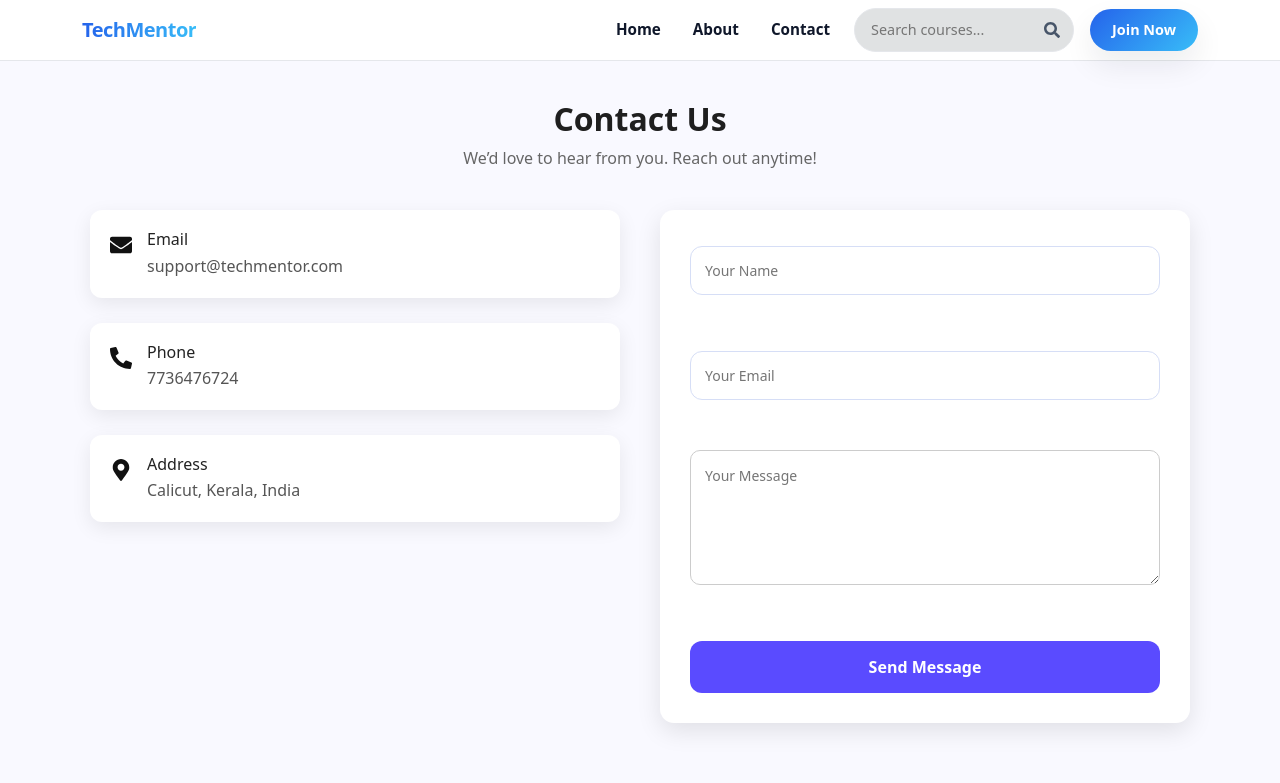
Repository: Aswin74k/project-2
Page: /#/contact
The author's editor kept a copy of each file at every save. The page is drawn from the files as they stood at one save, then again after the next save.
The browser window is 1280 px wide. The pictures show the whole page.
The project was rebuilt for these pictures with package versions that can differ from the ones it lists, and the page was loaded fresh each time. Also part of the build but not shown: vite.config.js, src/project/Home.jsx, src/project/Course.jsx, src/project/About.css, src/project/About.jsx, src/project/Enroll.jsx, src/project/ProtectedRoute.jsx, src/project/ProfileSidebar.css and 1 more.

Above is the page before, as saved 2026-01-07 00:02:04.

After the next save:
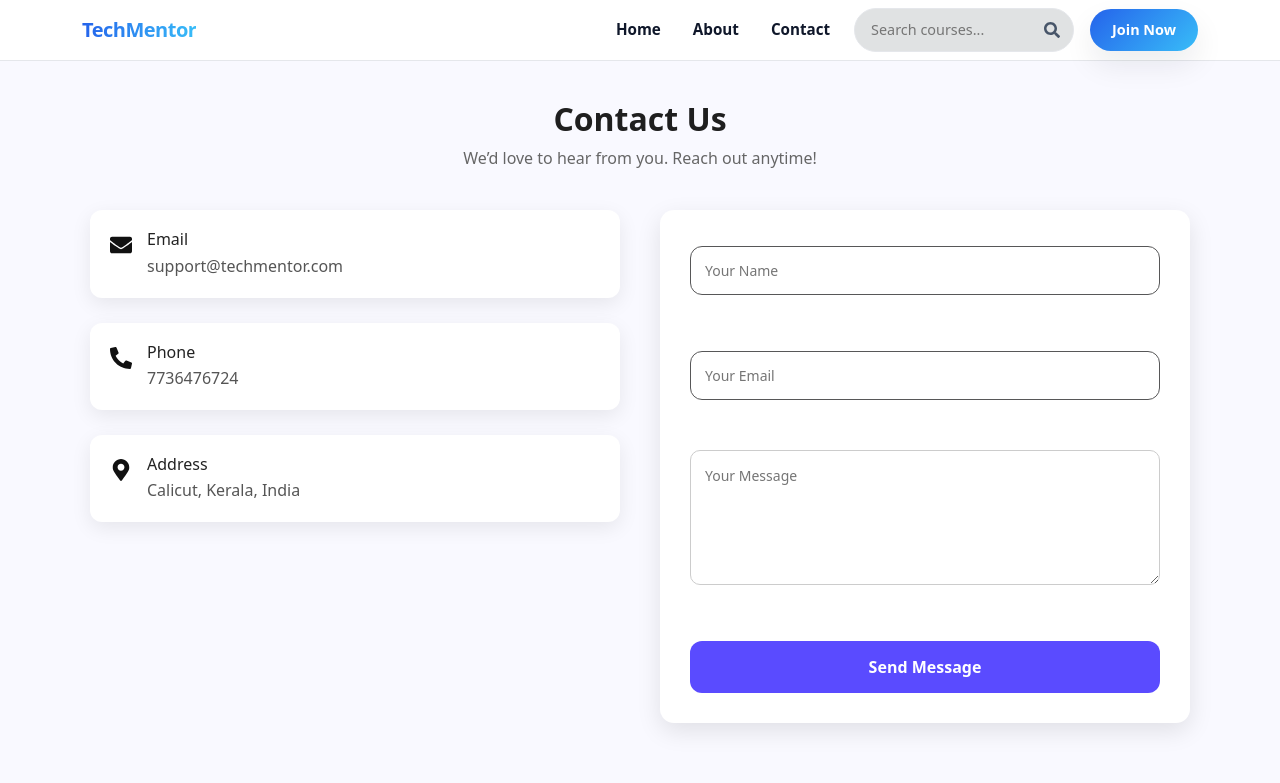
Saved 71 s later.
--- a/src/project/Enroll.css
+++ b/src/project/Enroll.css
@@ -112,7 +112,7 @@ form {
   padding: 13px 14px;
   margin-top: 6px;
   border-radius: 12px;
-  border: 1.5px solid #d6def6;
+  border: 1.5px solid #575758;
   font-size: 14px;
   transition: border 0.2s ease;
 }
